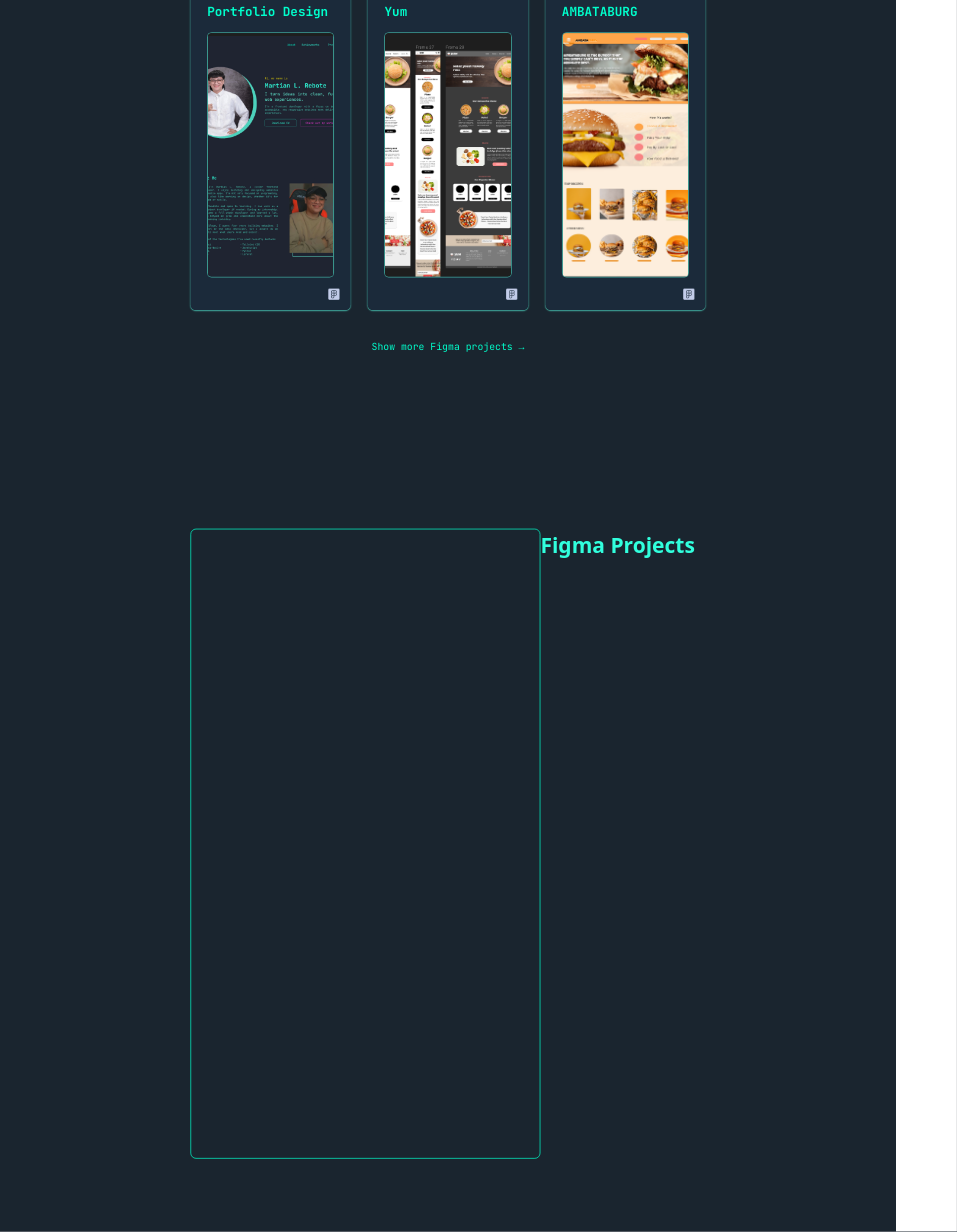
Repository: m4rsu-code/Portfolio
Page: / (app in my-portfolio/)
The author's editor kept a copy of each file at every save. The page is drawn from the files as they stood at one save, then again after a run of saves.
The browser window is 1280 px wide. The page is 1367 px wide, so the pictures cover 1367 px, including what lies to the right of the window. The pictures show the part of the page from y = 3845 to 5605 px (the page is 5605 px tall before and 5005 px after), at 70% of full size.
The project was rebuilt for these pictures with package versions that can differ from the ones it lists, and the page was loaded fresh each time. Also part of the build but not shown: my-portfolio/vite.config.js, my-portfolio/src/assets/components/Modal/AchievementModal.jsx, my-portfolio/src/AchievementsPage.jsx, my-portfolio/src/ProjectPage.jsx, my-portfolio/src/FigmaProjectsPage.jsx.

Above is the page before, as saved 2025-08-04 18:12:01.

### my-portfolio/src/main.jsx
import { StrictMode } from "react";
import { createRoot } from "react-dom/client";
import { BrowserRouter as Router, Routes, Route } from "react-router-dom";
import "./assets/CSS/index.css";
import App from "./App.jsx";
import AchievementsPage from "./AchievementsPage.jsx";
import ProjectPage from "./ProjectPage.jsx";
import FigmaProjectsPage from "./FigmaProjectsPage.jsx";
import ScrollToTop from "./assets/components/ScrollToTop.jsx";

createRoot(document.getElementById("root")).render(
  <StrictMode>
    <Router>
      <ScrollToTop />
      <Routes>
        <Route path="/" element={<App />} />
        <Route path="/achievements" element={<AchievementsPage />} />
        <Route path="/projects" element={<ProjectPage />} />
        <Route path="/figma-projects" element={<FigmaProjectsPage />} />
      </Routes>
    </Router>
  </StrictMode>
);

### my-portfolio/src/assets/CSS/index.css
@import "tailwindcss";

@layer base {
  .font-jetbrains-mono {
    font-family: 'JetBrains Mono', monospace;
  }
}

### my-portfolio/src/App.jsx
import { useState } from 'react';
import { Link } from 'react-router-dom';
import Navbar from './assets/components/Navbar';
import AchievementModal from './assets/components/Modal/AchievementModal';
import './assets/CSS/animation.css';
import { achievements, projects, figmaProjects } from './assets/components/data';
import ScrollToTopButton from './assets/components/ScrollToTopButton';

function App() {
  const [isModalOpen, setIsModalOpen] = useState(false);
  const [selectedAchievement, setSelectedAchievement] = useState(null);

  const openModal = (achievement) => {
    setSelectedAchievement(achievement);
    setIsModalOpen(true);
  };

  const closeModal = () => {
    setIsModalOpen(false);
    setSelectedAchievement(null);
  };

  return (
    <div className='min-h-screen bg-[#1A252F]'>
      <Navbar />
      <ScrollToTopButton />
      <div className='w-full px-60 py-10'>
        {/* Introduction Section */}
        <div className="flex flex-col items-center justify-center mt-30">
          <div className="flex flex-col md:flex-row items-center justify-center gap-35 px-8 py-16">
            {/* Image with Glowing Effect */}
            <div className="relative">
              <div className="rounded-full border-[2px] border-[#00FFCC] overflow-hidden w-[500px] h-[500px] animate-glow">
                <img
                  src="/Images/me.png"
                  alt="Martian L. Rebote"
                  className="object-cover w-full h-full"
                />
              </div>
            </div>

            {/* Text Content */}
            <div className="text-center md:text-left font-jetbrains-mono">
              <div className='w-full md:w-[750px]'>
                <p className="text-[#FFEA00] text-[18px]">Hi, my name is</p>
                <h1 className="text-[#00FFCC] text-[45px] font-bold mt-2">Martian L. Rebote</h1>
                <p className="text-base text-[30px] font-bold text-[#57CDB9] mt-4">
                  I turn ideas into clean, functional web experiences.
                </p>
                <p className="mt-4 text-[#4CD2BC] leading-relaxed text-[18px]">
                  I’m a frontend developer with a focus on building fast, accessible, and responsive websites that deliver great user experiences.
                </p>
              </div>

              <div className="mt-6 flex flex-col sm:flex-row items-center gap-4">
                <a href="/Martian_Rebote_CV.pdf" className="border border-[#00FFCC] px-5 py-2 rounded-md text-[#00FFCC] hover:bg-[#00FFCC] hover:text-black transition-colors">
                  Download CV
                </a>
                <a href="#projects" className="border border-[#FF38E5] px-5 py-2 rounded-md text-[#FF38E5] hover:bg-[#FF38E5] hover:text-black transition-colors">
                  Check out my work!
                </a>
              </div>
            </div>
          </div>
        </div>

        {/* About Me Section */}
        <div id="about" className="flex flex-col mt-30">
          <div className='flex flex-col md:flex-row items-center justify-between gap-10 px-8 py-16'>
            <div className='w-full md:w-[800px] text-left font-jetbrains-mono'>
              <h2 className='text-[#31FFDD] text-[30px] font-bold mb-7'>About Me</h2>
              <div className='w-full md:w-[900px] text-justify px-5'>
                <p className='text-[#4CD2BC] text-[18px] mt-4'>
                  Hi, I’m Martian L. Rebote, a junior frontend developer. I enjoy building and designing websites and mobile apps. I’m not only focused on programming, but I also like working on design, whether it’s for the web or mobile.
                </p>
                <p className='text-[#4CD2BC] text-[18px] mt-4'>
                  I’m flexible and open to learning. I can work as a full-stack developer if needed. During my internship, I became a full-stack developer and learned a lot, which helped me grow and understand more about the programming industry.
                </p>
                <p className='text-[#4CD2BC] text-[18px] mt-4'>
                  Some of the technologies I’ve used recently include:
                </p>

                <div className='flex flex-col sm:flex-row gap-10 mt-4'>
                  <ul className='text-[#4CD2BC] text-[18px] mt-2 list-disc pl-5'>
                    <li>React</li>
                    <li>React-Native</li>
                    <li>HTML</li>
                    <li>CSS</li>
                  </ul>
                  <ul className='text-[#4CD2BC] text-[18px] mt-2 list-disc pl-5'>
                    <li>Tailwind CSS</li>
                    <li>JavaScript</li>
                    <li>Python</li>
                    <li>Laravel</li>
                  </ul>
                </div>
              </div>
            </div>

            <div className="relative image-container w-[380px] h-[450px] group cursor-pointer">
              <div className="absolute left-5 w-full h-full border-3 border-[#00FFCC] rounded-[10px] uneven-box z-0 transition-transform duration-300 ease-in-out"></div>
              <div className="relative z-10 rounded-[10px] overflow-hidden w-full h-full transition-transform duration-300 ease-in-out group-hover:translate-x-[-10px] group-hover:translate-y-[-10px]">
                <img
                  src="/Images/me2.jpg"
                  alt="Martian L. Rebote"
                  className="object-cover w-full h-full"
                />
              </div>
            </div>
          </div>
        </div>

        {/* Achievements Section */}
        <div id="achievements" className="flex flex-col mt-30 px-8 py-16 font-jetbrains-mono">
          <h2 className="text-[#31FFDD] text-[30px] font-bold mb-12">Notable Achievements</h2>

          {/* Cards Grid - Limited to first 2 achievements */}
          <div>
            {/* First Row */}
            <div className="grid md:grid-cols-2 gap-10">
              {/* Left card (code-like box with image) */}
              <div className="bg-[#1B2A3A] rounded-lg p-4 flex flex-col h-96">
                <div className="flex gap-2 mb-4">
                  <div className="w-3 h-3 bg-red-500 rounded-full"></div>
                  <div className="w-3 h-3 bg-yellow-500 rounded-full"></div>
                  <div className="w-3 h-3 bg-green-500 rounded-full"></div>
                </div>
                <div
                  className="border border-[#4CD2BC] rounded-md flex-grow overflow-hidden group cursor-pointer"
                  onClick={() => openModal(achievements[0])}
                >
                  <img
                    src={achievements[0].image}
                    alt="Achievement Image"
                    className="w-full h-full object-cover transition-transform duration-300 ease-in-out group-hover:scale-110"
                  />
                </div>
              </div>

              {/* Right card (trophy + achievement with text) */}
              <div className="flex flex-col h-64">
                <p className="text-[#31FFDD] text-sm mb-2">Featured Achievement</p>
                <h3 className="text-[#31FFDD] text-lg font-bold flex items-center gap-2">
                  🏆 {achievements[0].title}
                </h3>
                <div className="border border-[#4CD2BC] rounded-md flex-grow mt-4 p-4 text-[#4CD2BC] text-sm overflow-auto">
                  {achievements[0].description}
                </div>
                <p className="text-[#4CD2BC] text-sm mt-2">Date: {achievements[0].date}</p>
              </div>
            </div>

            {/* Second Row */}
            <div className="grid md:grid-cols-2 gap-10 mt-10">
              {/* Left card (trophy + achievement with text) */}
              <div className="flex flex-col h-64">
                <p className="text-[#31FFDD] text-sm mb-2">Featured Achievement</p>
                <h3 className="text-[#31FFDD] text-lg font-bold flex items-center gap-2">
                  🏆 {achievements[1].title}
                </h3>
                <div className="border border-[#4CD2BC] rounded-md flex-grow mt-4 p-4 text-[#4CD2BC] text-sm overflow-auto">
                  {achievements[1].description}
                </div>
                <p className="text-[#4CD2BC] text-sm mt-2">Date: {achievements[1].date}</p>
              </div>

              {/* Right card (code-like box with image) */}
              <div className="bg-[#1B2A3A] rounded-lg p-4 flex flex-col h-96">
                <div className="flex gap-2 mb-4">
                  <div className="w-3 h-3 bg-red-500 rounded-full"></div>
                  <div className="w-3 h-3 bg-yellow-500 rounded-full"></div>
                  <div className="w-3 h-3 bg-green-500 rounded-full"></div>
                </div>
                <div
                  className="border border-[#4CD2BC] rounded-md flex-grow overflow-hidden group cursor-pointer"
                  onClick={() => openModal(achievements[1])}
                >
                  <img
                    src={achievements[1].image}
                    alt="Achievement Image"
                    className="w-full h-full object-cover transition-transform duration-300 ease-in-out group-hover:scale-110"
                  />
                </div>
              </div>
            </div>
          </div>

          {/* Show more link */}
          <div className="text-center mt-10">
            <Link
                to="/achievements"
                state={{ achievements }}
                className="text-[#31FFDD] text-sm hover:underline"
              >
                Show more achievements →
              </Link>
          </div>
        </div>

        {/* Project Section */}
        <div id='projects' className="flex flex-col mt-30 px-8 py-16 font-jetbrains-mono">
          <h2 className="text-[#31FFDD] text-[30px] text-center font-bold mb-12">Featured Projects</h2>
          <div className="grid grid-cols-1 sm:grid-cols-2 lg:grid-cols-3 gap-6">
            {projects.slice(0, 6).map((project) => (
              <div
                key={project.id}
                className="bg-[#1B2A3A] rounded-lg p-4 flex flex-col h-48 relative group shadow-xs shadow-[#4CD2BC] cursor-pointer transform transition-transform duration-300 ease-in-out hover:-translate-y-2"
              >
                <div className="flex gap-2">
                  <div className="w-3 h-3 bg-red-500 rounded-full"></div>
                  <div className="w-3 h-3 bg-yellow-500 rounded-full"></div>
                  <div className="w-3 h-3 bg-green-500 rounded-full"></div>
                  <div className="justify-end ml-auto">
                    <img src="/Images/open-folder.png" alt="Folder Icon" className="w-5 h-5" />
                  </div>
                </div>
                <div className="text-left rounded-md flex-grow p-4">
                  <h3 className="text-[#00FFCC] text-[18px] font-bold mb-2">{project.title}</h3>
                  <p className="text-[#4CD2BC] text-[10px]">{project.description}</p>
                </div>
                <div className="flex justify-end gap-2">
                  {project.githubLink ? (
                    <a href={project.githubLink} target="_blank" rel="noopener noreferrer" aria-label={`View ${project.title} on GitHub`}>
                      <img
                        src="/Images/github.png"
                        alt="GitHub Icon"
                        className="w-4 h-4 hover:invert hover:brightness-0 hover:sepia hover:saturate-[100%]"
                      />
                    </a>
                  ) : (
                    <img
                      src="/Images/github.png"
                      alt="GitHub Icon"
                      className="w-4 h-4 hover:invert hover:brightness-0 hover:sepia hover:saturate-[100%]"
                    />
                  )}
                  {project.title === 'Portfolio' && project.link && (
                    <a href={project.link} target="_blank" rel="noopener noreferrer" aria-label="View Portfolio Website">
                      <img
                        src="/Images/link.png"
                        alt="Link Icon"
                        className="w-4 h-4 hover:invert hover:brightness-0 hover:sepia hover:saturate-[100%]"
                      />
                    </a>
                  )}
                </div>
              </div>
            ))}
          </div>

          {projects.length > 6 && (
            <div className="text-center mt-10">
              <Link
                to="/projects"
                state={{ projects }}
                className="text-[#00FFCC] text-sm hover:underline"
              >
                Show more projects →
              </Link>
            </div>
          )}
        </div>

        {/* Figma Projects Section */}
        <div className="flex flex-col mt-30 px-8 py-16 font-jetbrains-mono">
          <h2 className="text-[#31FFDD] text-[30px] text-center font-bold mb-12">Figma Projects</h2>
          <div className="grid grid-cols-1 sm:grid-cols-2 lg:grid-cols-3 gap-6">
            {figmaProjects.slice(0, 3).map((project) => (
              <div
                key={project.id}
                className="bg-[#1B2A3A] rounded-lg p-4 flex flex-col h-[500px] relative group shadow-xs shadow-[#4CD2BC] cursor-pointer transform transition-transform duration-300 ease-in-out hover:-translate-y-2"
              >
                {/* Header with window controls and folder icon */}
                <div className="flex gap-2 mb-4">
                  <div className="w-3 h-3 bg-red-500 rounded-full"></div>
                  <div className="w-3 h-3 bg-yellow-500 rounded-full"></div>
                  <div className="w-3 h-3 bg-green-500 rounded-full"></div>
                  <div className="justify-end ml-auto">
                    <img src="/Images/open-folder.png" alt="Folder Icon" className="w-5 h-5" />
                  </div>
                </div>

                {/* Project Title */}
                <div className="flex items-start justify-start p-2">
                  <h3 className="text-[#00FFCC] text-[18px] font-bold">{project.title}</h3>
                </div>

                {/* Image with Border and No Overlap */}
                <div className="flex-grow flex items-center justify-center p-2">
                  <div className="border border-[#4CD2BC] rounded-md w-full h-[350px] overflow-hidden ">
                    <img
                      src={project.image}
                      alt={`${project.title} Image`}
                      className="w-full h-full object-cover"
                      onError={(e) => (e.target.src = '/Images/fallback.png')}
                      loading="lazy"
                    />
                  </div>
                </div>

                {/* Figma Link */}
                <div className="flex justify-end gap-2 mt-2">
                  {project.figmaLink && (
                    <a
                      href={project.figmaLink}
                      target="_blank"
                      rel="noopener noreferrer"
                      aria-label={`View ${project.title} on Figma`}
                    >
                      <img
                        src="/Images/figma.png"
                        alt="Figma Icon"
                        className="w-4 h-4 hover:invert hover:brightness-0 hover:sepia hover:saturate-[100%]"
                      />
                    </a>
                  )}
                </div>
              </div>
            ))}
          </div>
          {figmaProjects.length > 3 && (
            <div className="text-center mt-10">
              <Link
                to="/figma-projects"
                state={{ figmaProjects }}
                className="text-[#00FFCC] text-sm hover:underline"
              >
                Show more Figma projects →
              </Link>
            </div>
          )}
        </div>

        {/* Contact section */}
        <div className='className="flex flex-col mt-30 px-8 py-16 font-jetbrains-mono"'>
          <div className='flex'>
            <div className='border border-[#00FFCC] w-[500px] rounded-lg h-[900px]'></div>
            <h2 className="text-[#31FFDD] text-[30px] text-center font-bold mb-12">Figma Projects</h2>
          </div>
        </div>

        {/* Modal */}
        {isModalOpen && selectedAchievement && (
          <AchievementModal
            image={selectedAchievement.image}
            title={selectedAchievement.title}
            description={selectedAchievement.description}
            date={selectedAchievement.date}
            onClose={closeModal}
          />
        )}
      </div>
    </div>
  );
}

export default App;

### my-portfolio/src/assets/components/ScrollToTop.jsx
import { useEffect } from 'react';
import { useLocation } from 'react-router-dom';

const ScrollToTop = () => {
  const { pathname } = useLocation();

  useEffect(() => {
    // Scrolls to the top of the window on pathname change
    window.scrollTo(0, 0);
  }, [pathname]);

  return null;
};

export default ScrollToTop;

### my-portfolio/src/assets/components/Navbar.jsx
import React from 'react';
import '../CSS/Navbar.css'; // Import the CSS for styling

function Navbar() {
  return (
    <nav className="w-full px-10 py-4 flex justify-between items-center fixed top-0 left-0 z-50 bg-transparent backdrop-blur-md font-jetbrains-mono">
      {/* Logo on the left */}
      <a href="/" className='text-3xl font-bold text-[#FF38E5] cursor-pointer'>m4rsu</a>
      {/* Navigation links on the right */}
      <div className='flex gap-10 text-base'>
        <a href='#about' className='text-[#31FFDD] text-[15px] font-light nav-link'>About</a>
        <a href='#achievements' className='text-[#31FFDD] text-[15px] font-light nav-link'>Achievements</a>
        <a href='#projects' className='text-[#31FFDD] text-[15px] font-light nav-link'>Projects</a>
        <a href='#contact' className='text-[#31FFDD] text-[15px] font-light nav-link'>Contact</a>
      </div>
    </nav>
  );
}

export default Navbar;

### my-portfolio/src/assets/CSS/animation.css
@keyframes glow {
  0% {
    box-shadow: 0 0 5px #00FFCC, 0 0 10px #00FFCC, 0 0 15px #00FFCC, 0 0 20px #00FFCC;
  }
  50% {
    box-shadow: 0 0 10px #00FFCC, 0 0 20px #00FFCC, 0 0 30px #00FFCC, 0 0 40px #00FFCC;
  }
  100% {
    box-shadow: 0 0 5px #00FFCC, 0 0 10px #00FFCC, 0 0 15px #00FFCC, 0 0 20px #00FFCC;
  }
}

@keyframes glow {
  0% {
    box-shadow: 0 0 5px #00FFCC, 0 0 10px #00FFCC;
  }
  50% {
    box-shadow: 0 0 15px #00FFCC, 0 0 25px #00FFCC;
  }
  100% {
    box-shadow: 0 0 5px #00FFCC, 0 0 10px #00FFCC;
  }
}

.animate-glow {
  animation: glow 2s ease-in-out infinite;
}

.uneven-box {
  transform: translateY(20px); /* move it downward initially */

  transition: transform 0.3s ease-in-out;
}

.image-container:hover .uneven-box {
  transform: translateY(30px); /* move it further down on hover */
}

### my-portfolio/src/assets/components/ScrollToTopButton.jsx
import { useEffect, useState } from 'react';
import scrollTop from '/Images/scroll-top.png'; // Assuming you have an image for the button

function ScrollToTopButton() {
  const [isVisible, setIsVisible] = useState(false);
  const [scrollProgress, setScrollProgress] = useState(0);

  useEffect(() => {
    const handleScroll = () => {
      const scrollTop = window.scrollY;
      const winHeight = document.documentElement.scrollHeight - window.innerHeight;
      const scrolled = (scrollTop / winHeight) * 100;
      setScrollProgress(scrolled);

      setIsVisible(scrollTop > 300); // show after scrolling down
    };

    window.addEventListener('scroll', handleScroll);
    return () => window.removeEventListener('scroll', handleScroll);
  }, []);

  const scrollToTop = () => {
    window.scrollTo({ top: 0, behavior: 'smooth' });
  };

  const radius = 28;
  const stroke = 4;
  const normalizedRadius = radius - stroke * 2;
  const circumference = normalizedRadius * 2 * Math.PI;
  const strokeDashoffset = circumference - (scrollProgress / 100) * circumference;

  return (
    isVisible && (
      <button
        onClick={scrollToTop}
        className="fixed bottom-6 right-6 w-16 h-16 z-50 flex items-center justify-center cursor-pointer"
        aria-label="Scroll to top"
      >
        {/* Circular Progress Ring */}
        <svg
          className="absolute"
          height={radius * 2}
          width={radius * 2}
        >
          <circle
            stroke="#4CD2BC"
            fill="transparent"
            strokeWidth={stroke}
            strokeDasharray={circumference + ' ' + circumference}
            style={{ strokeDashoffset, transition: 'stroke-dashoffset 0.35s' }}
            r={normalizedRadius}
            cx={radius}
            cy={radius}
          />
        </svg>

        {/* Center image */}
        <img
          src={scrollTop}
          alt="Scroll to top"
          className="w-4 h-4 relative z-10"
        />
      </button>
    )
  );
}

export default ScrollToTopButton;

### my-portfolio/src/assets/CSS/Navbar.css
.nav-link {
  position: relative;
  text-decoration: none;
}

.nav-link::after {
  content: '';
  position: absolute;
  width: 100%;
  height: 2px;
  bottom: -2px;
  left: 0;
  background-color: #31FFDD;
  transform: scaleX(0);
  transform-origin: bottom right;
  transition: transform 0.3s ease-in-out;
}

.nav-link:hover::after {
  transform: scaleX(1);
  transform-origin: bottom left;
}

Loaded but not shown: my-portfolio/index.html (common file); my-portfolio/src/assets/components/data.jsx (105 lines, source omitted)

After the next 4 saves:
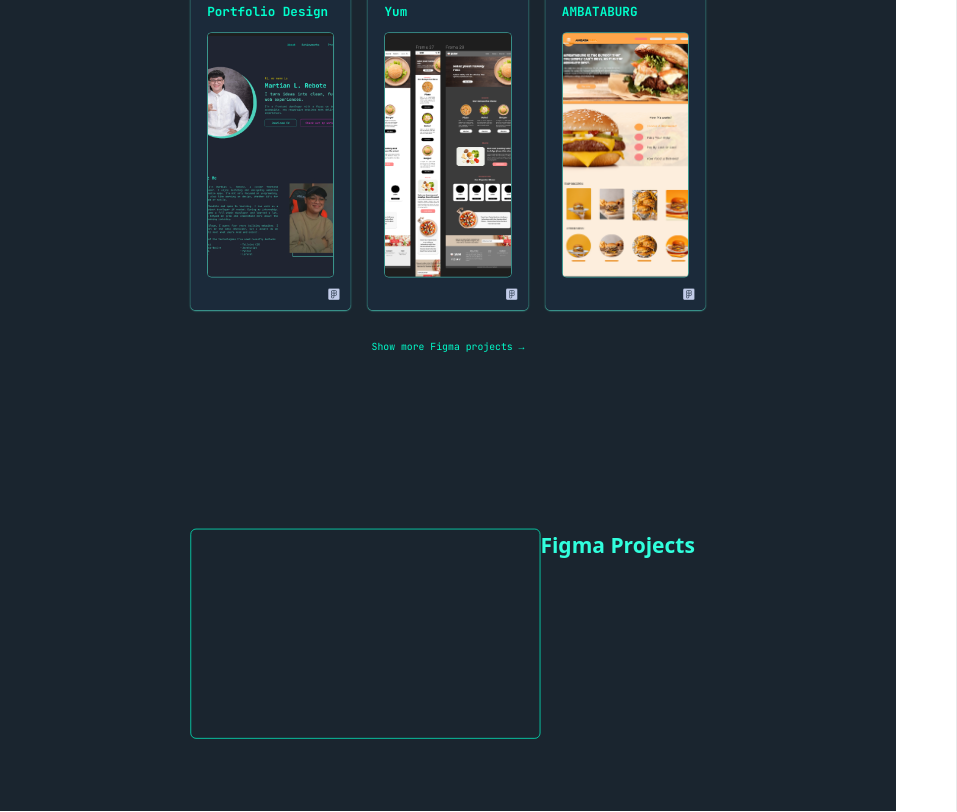
The 4 saves are shown as one change because they came seconds apart.
The last was saved 12 s later.
--- a/my-portfolio/src/App.jsx
+++ b/my-portfolio/src/App.jsx
@@ -334,7 +334,7 @@ function App() {
         {/* Contact section */}
         <div className='className="flex flex-col mt-30 px-8 py-16 font-jetbrains-mono"'>
           <div className='flex'>
-            <div className='border border-[#00FFCC] w-[500px] rounded-lg h-[900px]'></div>
+            <div className='border border-[#00FFCC] w-[500px] rounded-lg h-[300px]'></div>
             <h2 className="text-[#31FFDD] text-[30px] text-center font-bold mb-12">Figma Projects</h2>
           </div>
         </div>
